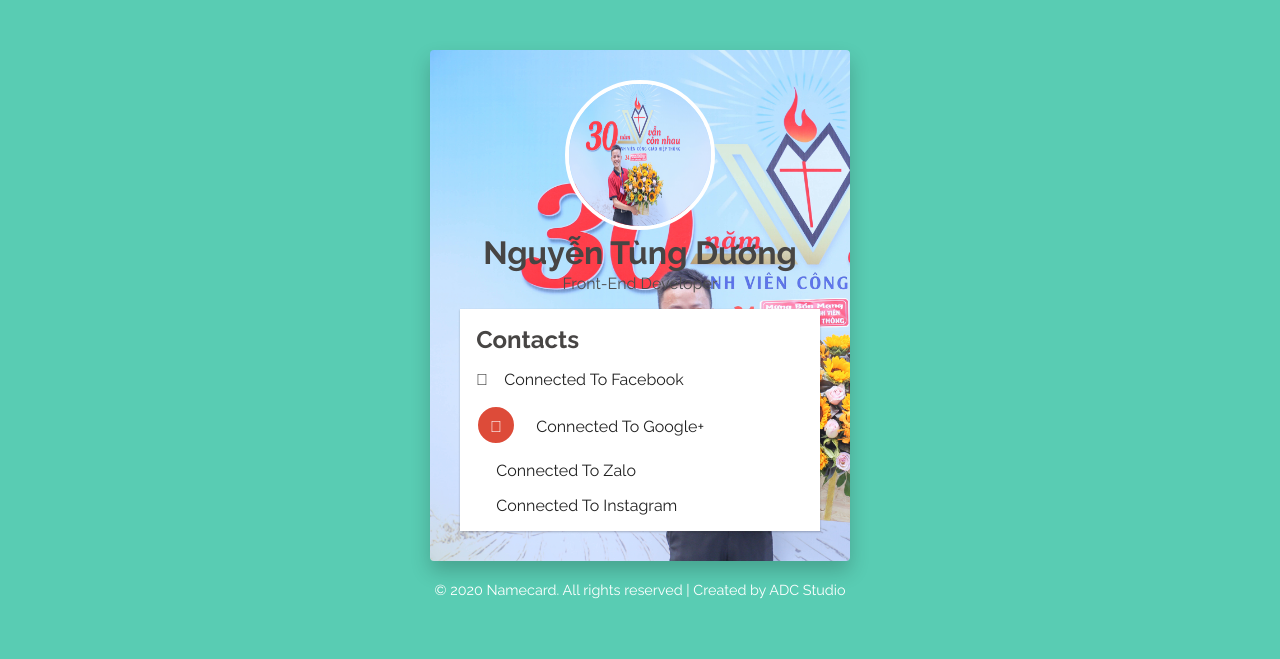
Repository: DuongTungNguyen0899/Card_Duong.github.io
Page: index.html
An editor plug-in stored every save of this project. The page is shown before and after the next save, followed by the edit.
The browser window is 1280 px wide. The pictures show the whole page.

Above is the page before, as saved 2021-06-27 17:09:01.

### index.html
<!DOCTYPE HTML>
<html>
<head>
<title>Shaded Profile Widget Flat Responsive Widget Template :: w3layouts</title>
<!-- Custom Theme files -->
<link href="css/style.css" rel="stylesheet" type="text/css" media="all"/>
<!-- for-mobile-apps -->
<meta http-equiv="Content-Type" content="text/html; charset=utf-8" />
<meta name="viewport" content="width=device-width, initial-scale=1, maximum-scale=1">
<meta http-equiv="Content-Type" content="text/html; charset=utf-8" />
<!-- //for-mobile-apps -->
<!-- font-awesome icons -->
<link href="css/fontawesome-free-5.15.3-web/css/fontawesome.css" rel="stylesheet">
<!-- //font-awesome icons -->
<!--Google Fonts-->
<link href="https://fonts.googleapis.com/css2?family=Raleway:wght@400;500;600;700&display=swap" rel="stylesheet">
</head>
<body>
<!--profile start here-->

<div class="profile">
	<div class="wrap">
		<div class="profile-main">
			<div class="profile-pic wthree">
				<img src="img/IMG_7157.JPG" alt="">
				<h2>Nguyễn Tùng Dương</h2>
				<p>Front-End Developer</p>
			</div>
			<!-- <div class="w3-message">
				<h5>About Me</h5>
				<p>Chào bạn ! Chúng mình là ADC Studio.Liên hệ cho chúng mình nhé ^_^</p>
			</div> -->
			<div class="w3ls-touch">
				<h5>Contacts</h5>
				<div class="social">
					<ul>
						<li><a href="https://www.facebook.com/DuongTung.td/"> <i class="fab fa-facebook" aria-hidden="true"></i><p>Connected To Facebook</p></a></li>
						<!-- <li><a href="#"><i class="fa fa-twitter" aria-hidden="true"></i> <p>Connected To Twitter</p></a></li> -->
						<!-- <li><a href="#"><i class="fa fa-linkedin" aria-hidden="true"></i> <p>Connected To Linkedin</p></a></li> -->
                        <li><a href="#"><i class="fa fa-google-plus" aria-hidden="true"></i> <p>Connected To Google+</p></a></li>
                        <li><a href="#"><i class="fa fa-zalo" aria-hidden="true"></i> <p>Connected To Zalo</p></a></li>
                        <li><a href="https://www.instagram.com/aaachuuchaa/"><i class="fa fa-insta" aria-hidden="true"></i> <p>Connected To Instagram</p></a></li>
					</ul>
				</div>
			</div>
		</div>
		<div class="wthree_footer_copy">
			<p>© 2020 Namecard. All rights reserved | Created by <a href="https://adcstudio.info">ADC Studio</a></p>
		</div>
	</div>
</div>
<!--profile end here-->

</body>
</html>

### css/style.css
*,
*::before,
*::after {
	margin: 0;
	padding: 0;
	box-sizing: border-box;
}

html {

}


ul{list-style:none;}
a {text-decoration: none;}
img {
	width:150px;
	height:150px;
}
/*end reset*/
body{
	padding: 30px;
    background: #59CCB3;
    background-size: cover;
   font-family: 'Raleway', sans-serif;
}
.wrap {
    width: 80%;
    margin: 0 auto;
}
/*--profile start here--*/
.heading-1 {
	font-size: 35px;
	font-weight: 400;
	letter-spacing: 1.2;
}
h1 {
    font-size: 3em;
    color: #fff;
    text-align: center;
}
.profile-main {
    background: url(./img/IMG_7157.JPG) no-repeat 0px 0px;
	background-size:cover;
    width: 45%;
    margin: 20px auto;
    padding: 30px;
    border-radius: 4px;
    box-shadow: 0 10px 20px rgba(0,0,0,.2);
}
.profile-pic {
    margin: 0 0 1em 0;
    text-align: center;
}
.profile-pic img {
    border:4px solid #fff;
    border-radius: 82px;
	    transition: 0.5s all;
    -webkit-transition: 0.5s all;
    -moz-transition: 0.5s all;
    -o-transition: 0.5s all;
}
.profile-pic h2 {
    font-size: 2em;
    color: #474544;
    margin-bottom: 0.1em;
}
.profile-pic p {
    font-size: 1em;
    color:#4E4E4E;
}
.wthree_tab_grid_sub {
    margin: 1em 0 0 0;
}
.wthree_tab_grid_sub_left {
	float: left;
    width: 26.2%;
    padding: .5em;
    text-align: center;
    background: #d3aefe;
}
.wthree_tab_grid_sub_left h5 {
    font-size: 1.5em !important;
    color: #fff !important;
    font-weight: 700;
}
.wthree_tab_grid_sub_left p {
	color: #fff !important;
    font-size: .9em !important;
    margin: 0 !important;
}
.wthree_tab_grid_sub_left:nth-child(2) {
    margin: 0 1em;
}
.w3-message,.w3ls-touch{
    padding: 1em;
    box-shadow: 0 0px 1px rgba(197, 197, 197, 0.19),0 1px 2px rgba(0, 0, 0, 0.24);
    background: #fff;
}
.w3-message h5,.w3ls-touch h5{
	color:#474544;
	font-size:1.5em;
	margin:0;
}
.w3-message p{
	color:#c5b7b7;
	font-size:16px;
	margin:1em 0 0 0;
	line-height:1.8em;
}
.w3ls-touch{
	margin:1em 0 0 0;
}
.social {
	margin: 1em 0 0 0;
}
.social ul{
	padding:0;
	margin:0;
}
.social ul li{
    display: block;
	margin:1em 0 0 0;
}
.social ul li:nth-child(1){
	margin:0;
}
.social ul li a {
	color: #333;
    text-align: center;
}
.social ul li a i.fa.fa-facebook,.social ul li a i.fa.fa-twitter,.social ul li a i.fa.fa-linkedin,.social ul li a i.fa.fa-google-plus{
    height: 40px;
    width: 40px;
    background: none;
    line-height: 40px;
    border: solid 2px #FFF;
    color: #FFF;
    border-radius: 50%;
    -webkit-border-radius: 50%;
    -moz-border-radius: 50%;
    -o-border-radius: 50%;
    -ms-border-radius: 50%;
    transition: 0.5s all;
    -webkit-transition: 0.5s all;
    -moz-transition: 0.5s all;
    -o-transition: 0.5s all;
    -ms-transition: 0.5s all;
}
.social ul li a i.fa.fa-facebook {
	background: #3b5998;
}
.social ul li a i.fa.fa-twitter{
	background: #1da1f2;
}
.social ul li a i.fa.fa-linkedin{
	background: #0077b5;
}
.social ul li a i.fa.fa-google-plus{
	background: #dd4b39;
}
.social ul li a i.fa.fa-facebook:hover {
	border: solid 2px #3b5998;
    color: #3b5998;
	background:none;
}
.social ul li a i.fa.fa-twitter:hover{
	border: solid 2px #1da1f2;
    color: #1da1f2;
	background:none;
}
.social ul li a i.fa.fa-linkedin:hover{
	border: solid 2px #0077b5;
    color: #0077b5;
	background:none;
}
.social ul li a i.fa.fa-google-plus:hover{
	border: solid 2px #dd4b39;
    color: #dd4b39;
	background:none;
}
.social ul li a p{
    color: #212121;
    font-size: 16px;
    margin: 0 0 0 1em;
    font-weight: 400;
    display: inline-block;
}
.wthree_footer_copy{
	text-align:center;
}
.wthree_footer_copy p{
	color:#FFFFFF;
	font-size:.9em;
	margin:0;
}
.wthree_footer_copy p a{
	color:#FFFFFF;
	text-decoration:none;
}
.wthree_footer_copy p a:hover{
	color:#212121;
}
/*-- responsive --*/
@media(max-width:1440px){
	.wthree_tab_grid_sub_left {
		width: 25.2%;
	}
}
@media(max-width:1280px){
	.profile-main {
		width: 43%;
	}
}
@media(max-width:1080px){
	body {
		padding: 10px;
	}
	.wrap {
		width: 100%;
	}
	.profile-main {
		width: 100%;
	}
}

@media(max-width:600px){
	.profile-main {
		background: url(./img/IMG_7157.JPG) no-repeat -100px 0px;
		background-size: cover;
	}
	.social ul li a p {
		font-size: 13px;
	}
}


@media(max-width:320px){
	h1 {
		font-size: 1.5em;
	}
	.wthree_tab_grid_sub_left {
		width: 21.5%;
	}
	.wthree_tab_grid_sub_left p {
		font-size: .8em !important;
	}
	.profile-main {
		background: url(./img/IMG_7157.JPG) no-repeat -173px 0px;
		background-size: cover;
	}
}
/*-- //responsive --*/

Loaded but not shown: css/fontawesome-free-5.15.3-web/css/fontawesome.css (library)

After the next save:
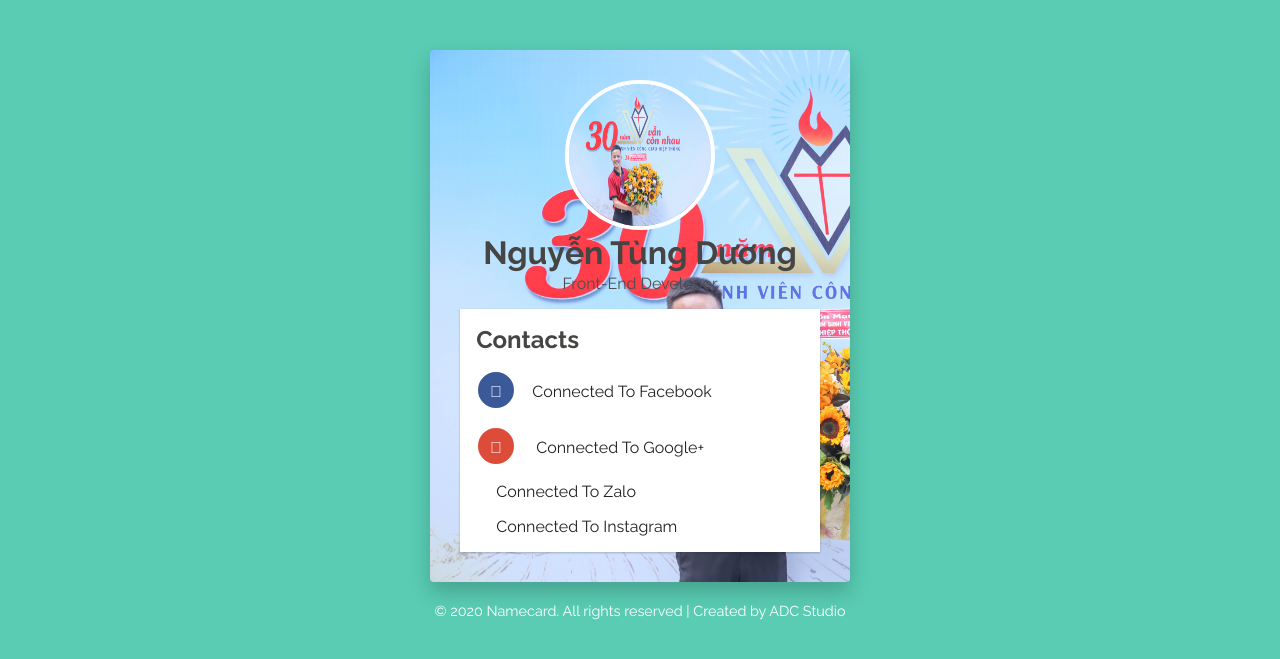
Saved 107 s later.
--- a/index.html
+++ b/index.html
@@ -34,7 +34,7 @@
 				<h5>Contacts</h5>
 				<div class="social">
 					<ul>
-						<li><a href="https://www.facebook.com/DuongTung.td/"> <i class="fab fa-facebook" aria-hidden="true"></i><p>Connected To Facebook</p></a></li>
+						<li><a href="https://www.facebook.com/DuongTung.td/"> <i class="fa fa-facebook" aria-hidden="true"></i><p>Connected To Facebook</p></a></li>
 						<!-- <li><a href="#"><i class="fa fa-twitter" aria-hidden="true"></i> <p>Connected To Twitter</p></a></li> -->
 						<!-- <li><a href="#"><i class="fa fa-linkedin" aria-hidden="true"></i> <p>Connected To Linkedin</p></a></li> -->
                         <li><a href="#"><i class="fa fa-google-plus" aria-hidden="true"></i> <p>Connected To Google+</p></a></li>

After the save that followed:
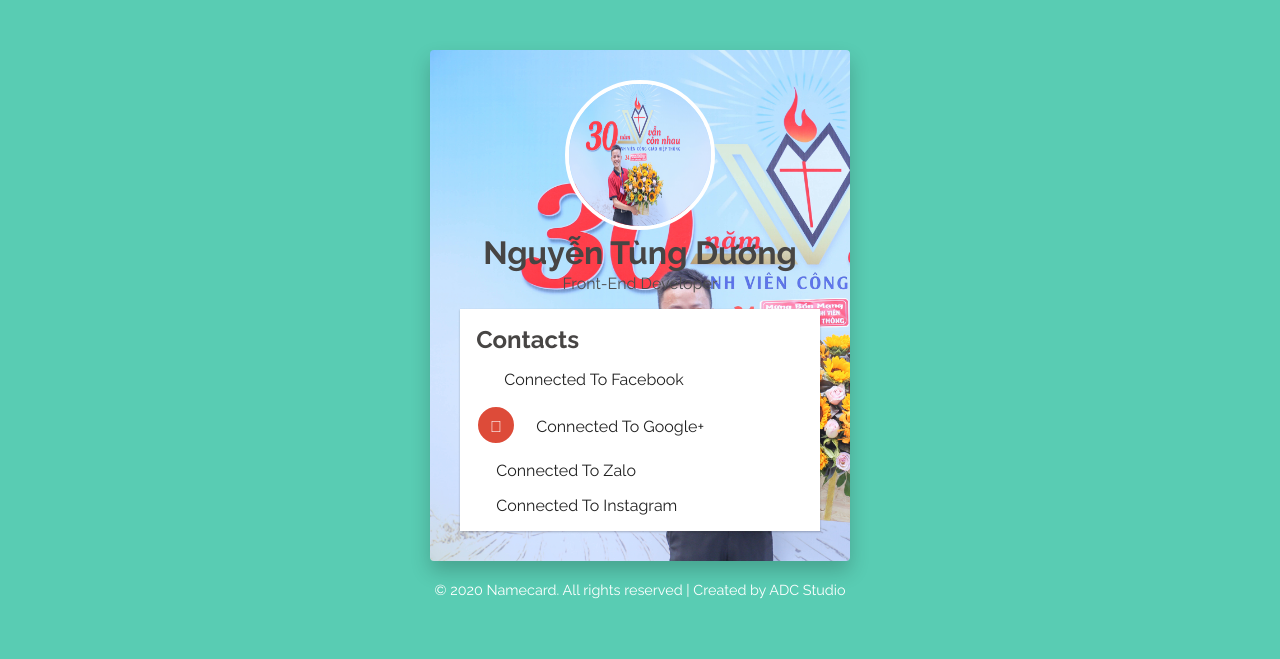
Saved 3 min 5 s later.
--- a/index.html
+++ b/index.html
@@ -34,7 +34,7 @@
 				<h5>Contacts</h5>
 				<div class="social">
 					<ul>
-						<li><a href="https://www.facebook.com/DuongTung.td/"> <i class="fa fa-facebook" aria-hidden="true"></i><p>Connected To Facebook</p></a></li>
+						<li><a href="https://www.facebook.com/DuongTung.td/"> <i class=" fa-facebook" aria-hidden="true"></i><p>Connected To Facebook</p></a></li>
 						<!-- <li><a href="#"><i class="fa fa-twitter" aria-hidden="true"></i> <p>Connected To Twitter</p></a></li> -->
 						<!-- <li><a href="#"><i class="fa fa-linkedin" aria-hidden="true"></i> <p>Connected To Linkedin</p></a></li> -->
                         <li><a href="#"><i class="fa fa-google-plus" aria-hidden="true"></i> <p>Connected To Google+</p></a></li>
